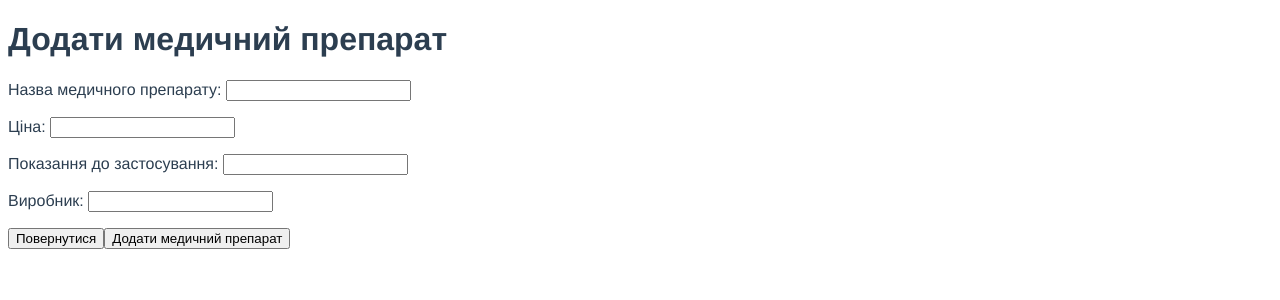
Repository: kristinap8/pharmacy
Page: /add_medicine
The author's editor kept a copy of each file at every save. The page is drawn from the files as they stood at one save, then again after the next save.
The browser window is 1280 px wide. The pictures show the whole page.
The project was rebuilt for these pictures with package versions that can differ from the ones it lists, and the page was loaded fresh each time. Also part of the build but not shown: src/components/EditMedicineForm/index.vue, src/pages/EditMedicine/index.vue, src/components/MedicinesList/MedicineCard/index.vue, src/components/MedicinesList/index.vue, src/pages/AllMedicines/index.vue, src/components/CartForm/index.vue, src/pages/Cart/index.vue.

Above is the page before, as saved 2020-12-09 23:21:47.

### src/main.js
import Vue from 'vue'
import App from './App.vue'
import router from "./router"
import store from "./store"

Vue.config.productionTip = false

new Vue({
  store,
  router,
  render: h => h(App),
}).$mount('#app')

### src/App.vue
<template>
  <div id="app">
    <router-view/>
  </div>
</template>

<script>
export default {
  name: "App",
  components: {},
};
</script>

<style>
#app {
  font-family: Avenir, Helvetica, Arial, sans-serif;
  -webkit-font-smoothing: antialiased;
  -moz-osx-font-smoothing: grayscale;
  color: #2c3e50;
}
</style>

### src/router.js
import Vue from "vue";
import VueRouter from "vue-router";
import AddMedicine from "@/pages/AddMedicine";
import EditMedicine from "@/pages/EditMedicine";
import AllMedicines from "@/pages/AllMedicines";
import Cart from "@/pages/Cart";

Vue.use(VueRouter);

const routes=[
    {
        path:'/',
        name:'all-medicines',
        component:AllMedicines
    },
    {
        path:'/edit_medicine/:medicine_id',
        name:'edit-medicine',
        component:EditMedicine
    },
    {
        path:'/add_medicine',
        name:'add-medicine',
        component:AddMedicine
    },
    {
        path:'/cart',
        name:'cart',
        component:Cart
    },

]

const router=new VueRouter({
    mode:"history",
    routes
});

export default router;

### src/store/index.js
import Vue from "vue";
import Vuex from "vuex";
import { v4 as uuid_v4 } from 'uuid'

Vue.use(Vuex)
const store=new Vuex.Store({
    state:{
      medicinesList:[
          {
              id:1,
              name:'Но-шпа',
              price:60.48,
              requirements:"Спазми гладкої мускулатури, пов'язані з захворюваннями біліарного тракту: холецистолітіаз, холангіолітіаз, холецистит, перихолецистит, холангіт, папіліт. Спазми гладкої мускулатури при захворюваннях сечового тракту: нефролітіаз, уретролітіаз, пієліт, цистит, тенезми сечового міхура.",
              maker:"Chinoin (Угорщина)"

          },
          {
            id:2,
            name:"Діазолін",
            price:19.19,
            requirements:"Профілактика і лікування сезонного та алергічного риніту, полінозу, кропив'янки, харчової та медикаментозної алергії, дерматозів, що супроводжуються свербежем шкіри (екзема, нейродерміт).",
            maker:"Фармак ОАО (Україна, Київ)"

        },
        {
            id:3,
            name:"Амоксил",
            price:81.77,
            requirements:"Інфекції органів дихання, сечостатевої системи, травного тракту (у тому числі у комбінації з метронідазолом або кларитроміцином застосовують для лікування захворювань, асоційованих із Helicobacter pylori), шкіри та м’яких тканин, спричинені чутливими до лікарського засобу мікроорганізмами.",
            maker:"Киевмедпрепарат ОАО (Україна, Київ)"

        }
      ],
      cart:[],
      cartItemsCount:0
    },
    mutations:{
        addMedicine(state, data) {
            state.medicinesList.push({
             id: uuid_v4(),
             ...data,
           })
         },
         deleteMedicine(state,id){
             let medicines=state.medicinesList.filter(medicine=>medicine.id!=id)
             state.medicinesList=medicines;
         },
         editMedicine(state,medicine){
             state.medicinesList.forEach(m=>{
                 if(m.id==medicine.id){
                     m=medicine;
                 }
             } )
         },
         addToCart(state,medicine){
            let isMedicineExists=state.cart.find(m => m.id == medicine.id);

            if (isMedicineExists) {
                isMedicineExists.quantity ++;
                isMedicineExists.totalPrice = (isMedicineExists.quantity * isMedicineExists.price).toFixed(2);
            } else {
                state.cart.push(medicine);

                Vue.set(medicine, 'quantity', 1);
                Vue.set(medicine, 'totalPrice', medicine.price);
            }
             state.cartItemsCount++
         },
         deleteItemFromCart(state,medicine){
            let index = state.cart.indexOf(medicine);
            if (index > -1) {
                let item= state.cart[index];
                state.cartItemsCount -= item.quantity;
                state.cart.splice(index, 1);
            }
         }
    },
    actions:{
        addMedicine({ commit }, medicine) {
            commit('addMedicine', medicine)
         },
          deleteMedicine({commit},id){
              commit('deleteMedicine',id)
          },
          editMedicine({commit},medicine){
              commit('editMedicine',medicine)
          },
          addToCart({commit},medicine){
              commit('addToCart',medicine)
          },
          deleteItemFromCart({commit},medicine){
              commit("deleteItemFromCart",medicine)
          }

    },
    getters:{
        getMedicines:(state)=> state.medicinesList,
        getMedicineById:(state)=>(id)=>{return state.medicinesList.find(m=>m.id===id)},
        getMedicinesInCart:(state)=>state.cart,
     },
    modules:{

    }
})

export default store

### src/pages/AddMedicine/index.vue
<template>
    <div>
       <add-medicine-form/>
    </div>
</template>

<script>
import AddMedicineForm from "../../components/AddMedicineForm"
    export default {
        name:"AddMedicine",
        components: {
            AddMedicineForm,
        },
    }
</script>

<style lang="scss" scoped>

</style>

### src/components/AddMedicineForm/index.vue
<template>
    <div class="form">
        <h1>Додати медичний препарат</h1>
      <p>
    <label class="form">
        Назва медичного препарату:
        <input type="text" v-model="name"/>
    </label>
    </p>
    <p>
    <label>
        Ціна:
        <input type="number" v-model="price"/>
    </label>
    </p>
    <p>
    <label>
        Показання до застосування:
        <input type="text" v-model="requirements"/>
    </label>
    </p>
    <p>
    <label>
        Виробник:
        <input type="text" v-model="maker"/>
    </label>
    </p>
    <p>
    <router-link to="/" tag="button" >Повернутися</router-link>
    <button @click="onAddMedicine" >
        Додати медичний препарат
    </button>
    </p>
    </div>
</template>

<script>
import { mapActions } from 'vuex'

    export default {
        name:"AddMedicineForm",
        data() {
            return {
            name: null,
            price: null,
            requirements: null,
            maker: null,
            }
        },
        methods: {
            ...mapActions(['addMedicine']),
            onAddMedicine() {
                const{name,price,requirements,maker}=this
                this.addMedicine({
                    name,
                    price,
                    requirements,
                    maker
                })
                this.$router.push('/')
            }
        },
    }
</script>

<style lang="scss" scoped>
.form{
    display:inline
}
</style>

Loaded but not shown: public/index.html (common file)

After the next save:
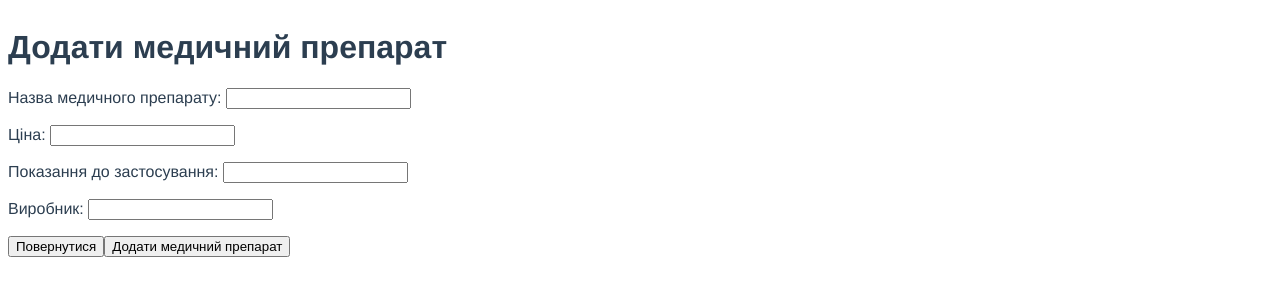
Saved 15 s later.
--- a/src/components/AddMedicineForm/index.vue
+++ b/src/components/AddMedicineForm/index.vue
@@ -65,6 +65,6 @@ import { mapActions } from 'vuex'
 
 <style lang="scss" scoped>
 .form{
-    display:inline
+    display:inline-table
 }
 </style>
